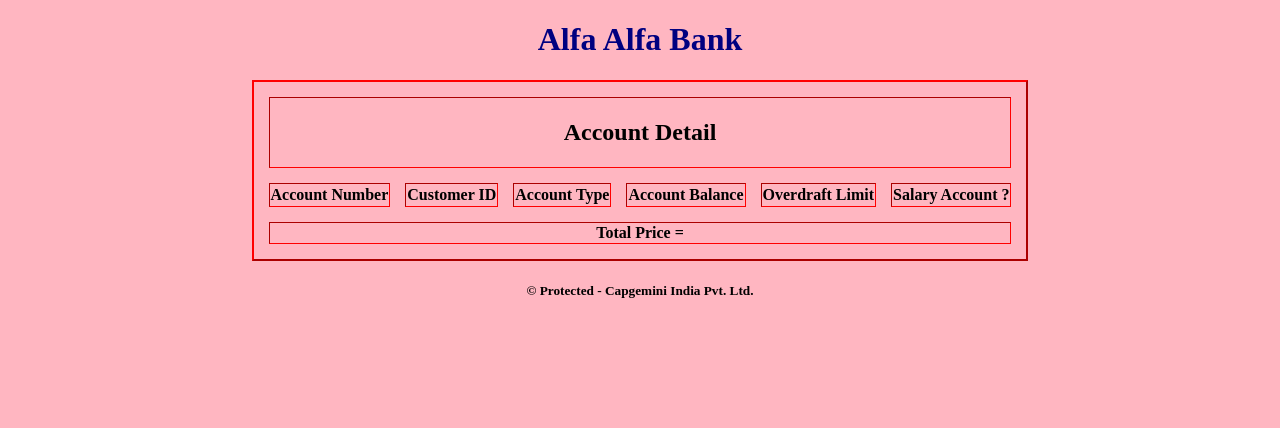
Repository: Rccalfa123/OnlineBankingApp
Page: http://localhost/AlfaAlfaBankApp/addNewSuccess.jsp
An editor plug-in stored every save of this project. The page is shown before and after the next save, followed by the edit.
The browser window is 1280 px wide. The pictures show the whole page.
The page is served by Tomcat 9. Other server files are loaded and not shown.

Above is the page before, as saved 2018-08-11 11:02:49.

### AlfaAlfaBankApp/WebContent/addNewSuccess.jsp
<%@ page language="java" contentType="text/html; charset=ISO-8859-1"
    pageEncoding="ISO-8859-1"%>
    <%@taglib prefix="alfa" uri="http://java.sun.com/jsp/jstl/core"%>

<!DOCTYPE html>
<html>
<head>
<link rel="stylesheet" type="text/css" href="mystyle.css">
<meta charset="ISO-8859-1">
<title>Insert title here</title>
</head>
<body>

<jsp:include page="header.jsp"></jsp:include>

		<form action=".app" method="get">

			<div>
				<table cellspacing="15" align="center" border="2">
					<tr>
						<th colspan="6" height="35"><h2>Account Detail</h2></th>
					</tr>
					<tr>
						<th height="20">Account Number</th>
						<th height="20">Customer ID</th>
						<th height="20">Account Type </th>
						<th height="20">Account Balance</th>
						<th height="20">Overdraft Limit</th>
						<th height="20">Salary Account ? </th>
					</tr>

					<alfa:forEach var="booksInCart" items="${sessionScope.booksInCart}">
						<tr>
							<td align="center">${booksInCart.bookObject.bookId}</td>
							<td align="center">${booksInCart.bookObject.bookName}</td>
							<td align="center">${booksInCart.bookObject.bookDescription}</td>
							<td align="center">${booksInCart.bookObject.bookPrice}</td>
							<td align="center">${booksInCart.noofBookAdded}</td>
							<td align="center" colspan="2"><a
								href="removenew.app?bookId=${booksInCart.bookObject.bookId}"> Update </a></td>
						</tr>
					</alfa:forEach>
					<tr>
						<th colspan="6">Total Price = ${sessionScope.price}</th>
					</tr>
				</table>
			</div>

		</form>
	<jsp:include page="footer.html"></jsp:include>


</body>
</html>

### AlfaAlfaBankApp/WebContent/header.jsp
<%@taglib prefix="jstl" uri="http://java.sun.com/jsp/jstl/core" %>
<div align="center">
	<h1>Alfa Alfa Bank</h1>
</div>

### AlfaAlfaBankApp/WebContent/footer.html
<div align="center">
<h5>&copy; Protected - Capgemini India Pvt. Ltd.</h5>
</div>

### AlfaAlfaBankApp/WebContent/mystyle.css
@charset "ISO-8859-1";

body {
    background-color: lightpink;
}

h1 {
    color: navy;
}

td{

 font-family: sans-serif;

}

table {
	border-color: red;
	border-right: 2px 2px 2px 2px ;
}

a{
	text-decoration: none;
	color: green;
}

After the next save:
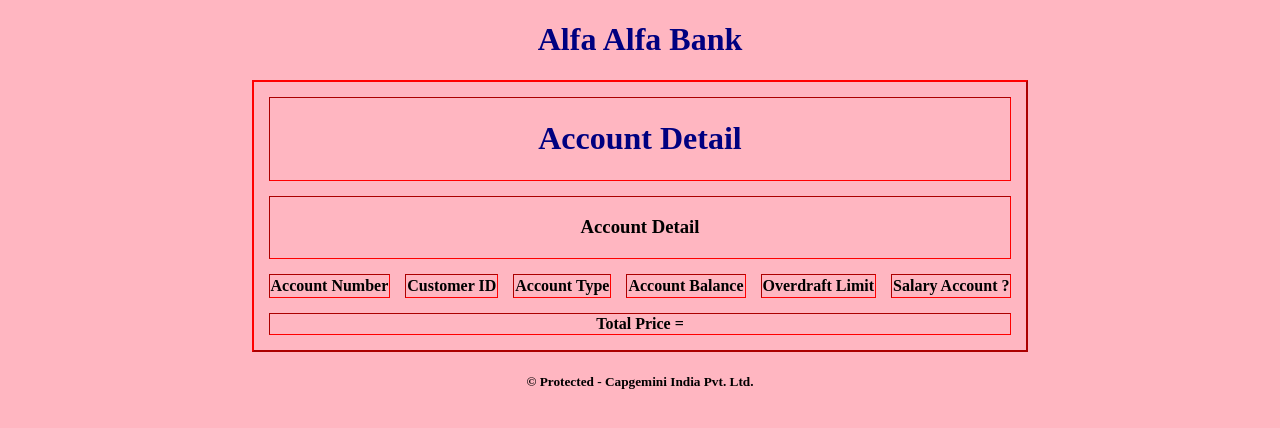
Saved 65 s later.
--- a/AlfaAlfaBankApp/WebContent/addNewSuccess.jsp
+++ b/AlfaAlfaBankApp/WebContent/addNewSuccess.jsp
@@ -18,7 +18,9 @@
 			<div>
 				<table cellspacing="15" align="center" border="2">
 					<tr>
-						<th colspan="6" height="35"><h2>Account Detail</h2></th>
+						<th colspan="6" height="35"><h1>Account Detail</h1></th>
+					<tr>
+						<th colspan="6" height="35"><h3>Account Detail</h3></th>
 					</tr>
 					<tr>
 						<th height="20">Account Number</th>
